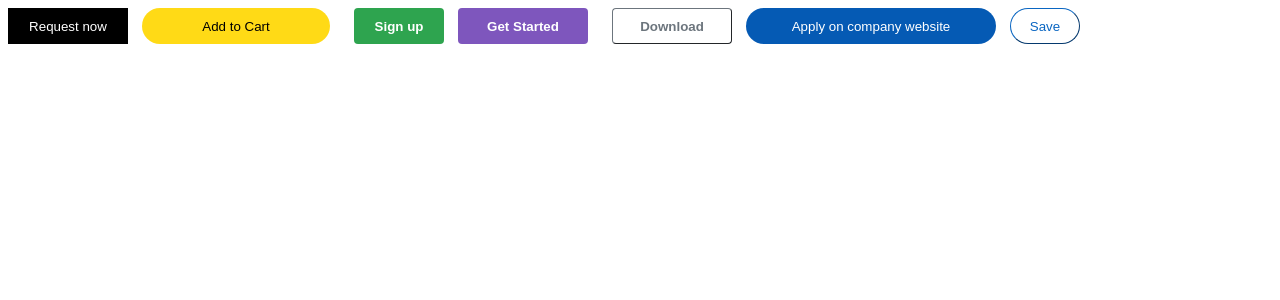
Repository: Kurumilli/Youtube
Page: Exercise3.html
An editor plug-in stored every save of this project. The page is shown before and after the next save, followed by the edit.
The browser window is 1280 px wide. The pictures show the whole page.
The pointer rests on the first visible `.linkedin`.

Above is the page before, as saved 2025-01-25 12:41:51.

After the next save:
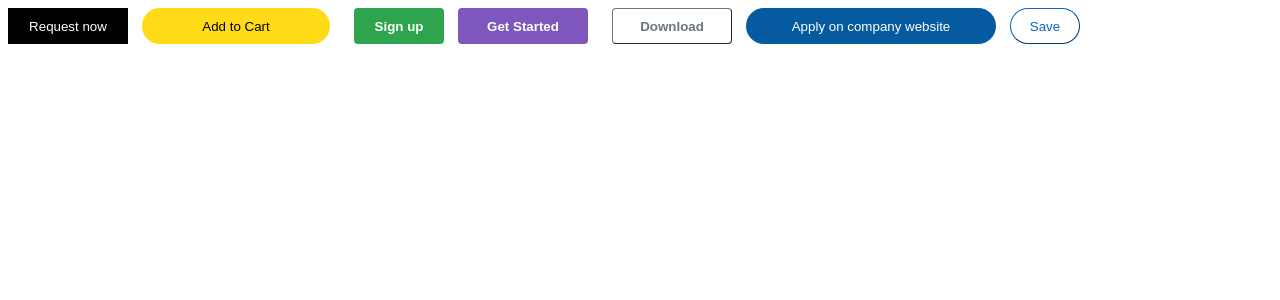
Saved 15 s later.
--- a/Exercise3.html
+++ b/Exercise3.html
@@ -98,7 +98,7 @@
             }
 
             .linkedin:hover{
-                background-color: rgb(5,90,180);
+                background-color: rgb(5,90,160);
             }
 
             .linkedin2q{
